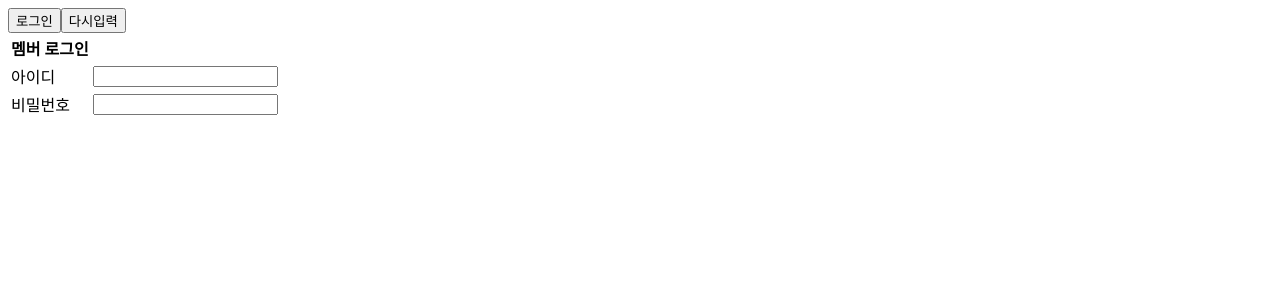
Repository: jsb5589/JAVAStudy
Page: EZWebs/JSP02/src/main/webapp/login.html
The author's editor kept a copy of each file at every save. The page is drawn from the files as they stood at one save, then again after the next save.
The browser window is 1280 px wide. The pictures show the whole page.

Above is the page before, as saved 2021-08-09 06:26:27.

### EZWebs/JSP02/src/main/webapp/login.html
<!DOCTYPE html>
<html>
<head>
<meta charset="UTF-8">
<title>멤버 리스트</title>
</head>
<body>
	<form name="login" method="post" action="login.jsp">
		<table>
			<th>멤버 로그인</th>
			<tr>
				<td>아이디</td>
				<td><input type="text" name="userid"></td>
			</tr>

			<tr>
				<td>비밀번호</td>
				<td><input type="password" name="userpw"></td>
			</tr>
			<tr>
				<input type="submit" value="로그인">
				<input type="reset" value="다시입력">
			</tr>
		</table>
	</form>
</body>
</html>

After the next save:
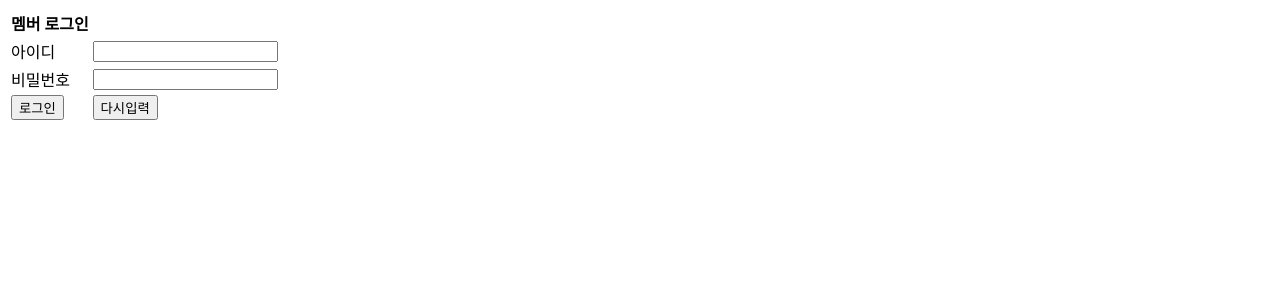
Saved 23 s later.
--- a/EZWebs/JSP02/src/main/webapp/login.html
+++ b/EZWebs/JSP02/src/main/webapp/login.html
@@ -18,8 +18,8 @@
 				<td><input type="password" name="userpw"></td>
 			</tr>
 			<tr>
-				<input type="submit" value="로그인">
-				<input type="reset" value="다시입력">
+				<td><input type="submit" value="로그인"></td>
+				<td><input type="reset" value="다시입력"></td>
 			</tr>
 		</table>
 	</form>
